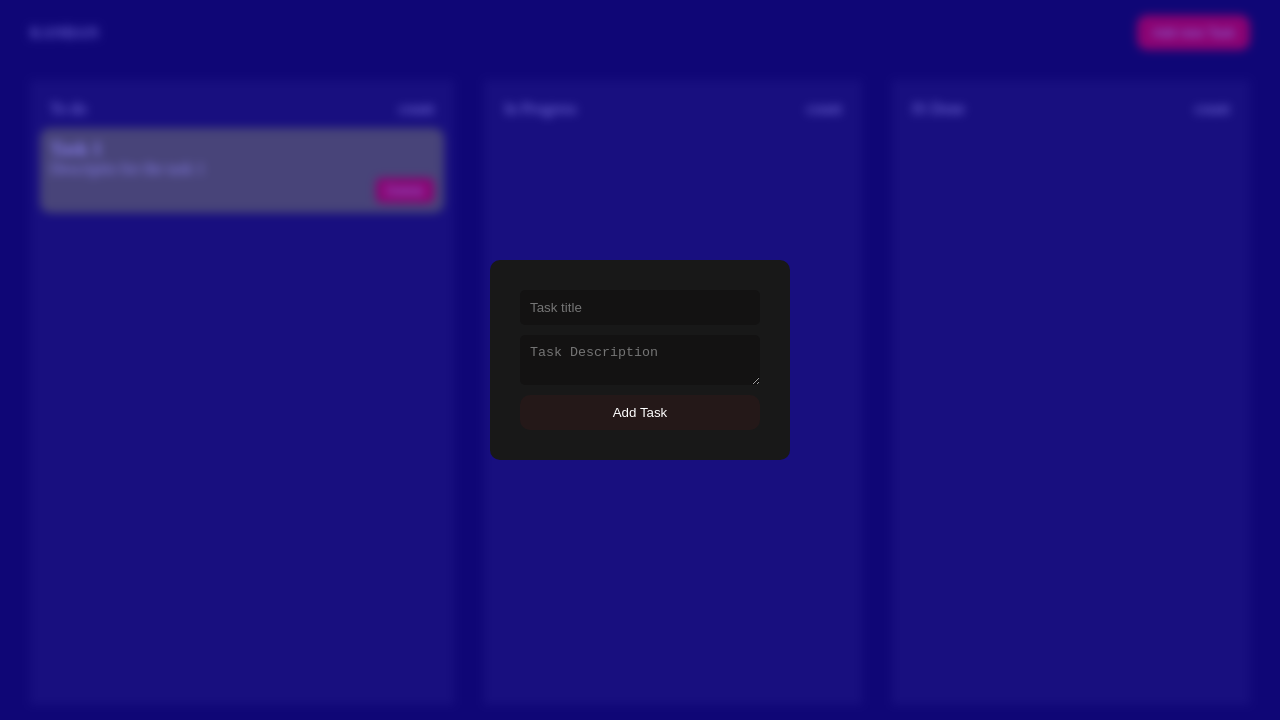
Repository: Sandeepji-5/Kanban-board
Page: index.html
The author's editor kept a copy of each file at every save. The page is drawn from the files as they stood at one save, then again after the next save.
The browser window is 1280 px wide. The pictures show the whole page.

Above is the page before, as saved 2025-12-09 15:27:29.

### index.html
<!DOCTYPE html>
<html lang="en">
<head>
    <meta charset="UTF-8">
    <meta name="viewport" content="width=device-width, initial-scale=1.0">
    <title>Document</title>
    <link rel="stylesheet" href="style.css">
</head>
<body>
    <main>
        <nav>
            <div class="left">KANBAN</div>
            <div class="right"><button id="toggle-modal">Add new Task</button></div>
        </nav>
        <section class="board">
            <div   id="todo" class="task-column">
                <div class="heading">
                    <div class="left">To do </div>
                      <div class="right">count</div>
                </div>
                <div draggable="true" class="task">
                    <h3>Task 1</h3>
                    <p>Descriptio for the task 1 </p>
                    <button>Delete</button>
                </div>
            </div>
            <div id="progress" class="task-column">
                <div class="heading">
                    <div class="left">In Progress</div>
                    <div class="right">count</div>
                </div>

            </div>
            <div  id="done"   class="task-column">
                <div class="heading">
                    <div class="left">IS Done </div>
                    <div class="right"> count</div>
                </div>

            </div>
        </section>


    </main>

    <div class="modal add-new-task">
        <div class="bg">


        <div class="center">
        <input type="text" placeholder="Task title"/>
        <textarea placeholder="Task Description"></textarea>
        <button id="add-new-task" class="add-task-btn"> Add Task</button>
        </div>
        </div>
    </div>



    <script src="kanban.js"></script>
</body>
</html>

### style.css
* {
    margin: 0;
    padding: 0;

    box-sizing: border-box;
}

html,
body {
    width: 100%;
    height: 100%;

}

:root {
    --bg-color: #0000000;
    --bg-button-color: rgb(24, 24, 24);
    --primary-text-color: #f4f4f4;
    --bg-task-color:rgb(19, 18, 18);
    --bg-delete-color:red;



    /* padding 1 rem 2 rem */
    --nav-padding: 15px 30px;
    --section-padding: 15px 30px;
    --padding-s: 5px;
    --padding-m: 10px;
    --padding-l: 15px;
    --padding-xl: 20px;
    --padding-xxl: 30px;


    /* border radius variable  */



    --border-radius-s:5px;
    --border-radius-m:10px;
    --border-radius-l:15px;
    --border-radius-xl:20px;
    --border-radius-xxl:30px;


}

body {
    background-color: rgb(7, 7, 7);
    color: white;
}
main{
    display: flex;
    height: 100%;
    width: 100%;
    flex-direction: column;


}

nav{
    padding: var(--nav-padding);
    display: flex;
    align-items: center;
    justify-content: space-between;

}
nav button{
    background-color: red;
    color: white;
    border: none;
    outline: none;
    padding: var(  --padding-m) var(  --padding-l);
    cursor: pointer;
    border-radius:var(--border-radius-m) ;

}


section{
    padding:var(--section-padding);
    /* height: 100%; */
    display: flex;
    flex-grow: 1;
    justify-content: space-between;

    gap: var(--padding-xxl);

}
section .task-column{
    padding: var(--padding-m);
    background-color: var(--bg-button-color);
    flex-grow: 1  ;
    padding: var(--padding-m)  ;
    display: flex;
    flex-direction: column;
    transition: all 0.7s cubic-bezier(0.19, 1, 0.22, 1);




}
section .task-column.hover-over {
     border: 2px dashed rgb(247, 246, 246);
    transform: scale(1.05);
}
section .task-column .heading{
    display: flex;
    justify-content: space-between ;
    padding: var(--padding-m);
}


section .task-column  .task{

    display: flex;
    flex-direction: column;
    padding: var(--padding-m);
    border-radius: var(--border-radius-m);
    /* background-color: var(--bg-task-color); */
     background-color:rgba(150, 163, 8, 0.763);


}

section .task-column .task button{
    align-self: flex-end;
    cursor: pointer;
    padding: var(--padding-s) var(--padding-m);
    border-radius: var(--border-radius-s);
    border: none;
    outline: none;
    background-color: var(--bg-delete-color);
    color: var(--primary-text-color)  ;
}

.modal{

    position: fixed;
    top: 0;
    left: 0;
    height: 100vh;
    width: 100vw;
    display: flex;
    align-items: center;
    justify-content: center;







}
.modal .bg{
    position: absolute;

    height: 100%;
    width: 100%;
    background-color: rgba(25, 7, 229, 0.5);
    display: flex;
    align-items: center;
    justify-content: center;
    backdrop-filter: blur(5px );
}

.modal .center{
    background-color: var(--bg-button-color);
    padding: var(--padding-xxl);
    border-radius: var(--border-radius-m);
    display: flex;
    flex-direction: column;
    gap: var(--padding-m);
    height: 200px;
    width: 300px;

}

.modal .center input,.modal .center textarea, .modal .center select {
    background-color: var(--bg-task-color);
    padding: var(--padding-m);
    border-radius: var(--border-radius-s);
    border: none;
    outline: none;
    color: var(--primary-text-color);

}

.modal .center button{
    background-color: rgb(36, 24, 24);
    color: white;
    border: none;
    outline: none;
    padding: var(  --padding-m) var(  --padding-l);
    cursor: pointer;
    border-radius:var(--border-radius-m) ;

}

### kanban.js
const todo = document.querySelector('#todo');
const progress = document.querySelector('#progress')
const done = document.querySelector('#done');
const tasks = document.querySelectorAll('.task');
let draggedElement = null;

tasks.forEach(task => {
    task.addEventListener("drag", () => {

        draggedElement = task;
    })
})

// progress.addEventListener('dragenter',(e)=>{
//     progress.classList.add('hover-over');
// })


// progress.addEventListener('dragleave', (e)=>{
//     progress.classList.remove('hover-over');
// })


function addDragEventsOnColumn(column) {

    column.addEventListener('dragenter', (e) => {
        e.preventDefault();
        column.classList.add('hover-over');
    });

    column.addEventListener('dragleave', (e) => {
        e.preventDefault();
        column.classList.remove('hover-over');
    })

    column.addEventListener("dragover", (e) => {
        e.preventDefault();
    })

    column.addEventListener('drop', (e) => {

        column.appendChild(draggedElement)
        console.log("draggedElement", draggedElement, column);
        column.classList.remove('hover-over')
         e.preventDefault();
    })

}

addDragEventsOnColumn(todo);
addDragEventsOnColumn(progress)
addDragEventsOnColumn(done)






// const toggleModal = document.querySelector('#toggle-modal');
// const modal = document.querySelector('.modal')
// const addTaskbtn = document.querySelector('.add-task-btn')



// toggleModal.addEventListener('click',()=>{
// modal.classList.add('active');
// })

// addTaskbtn.addEventListener('click', ()=>{
//     modal.classList.remove('active');
// })

After the next save:
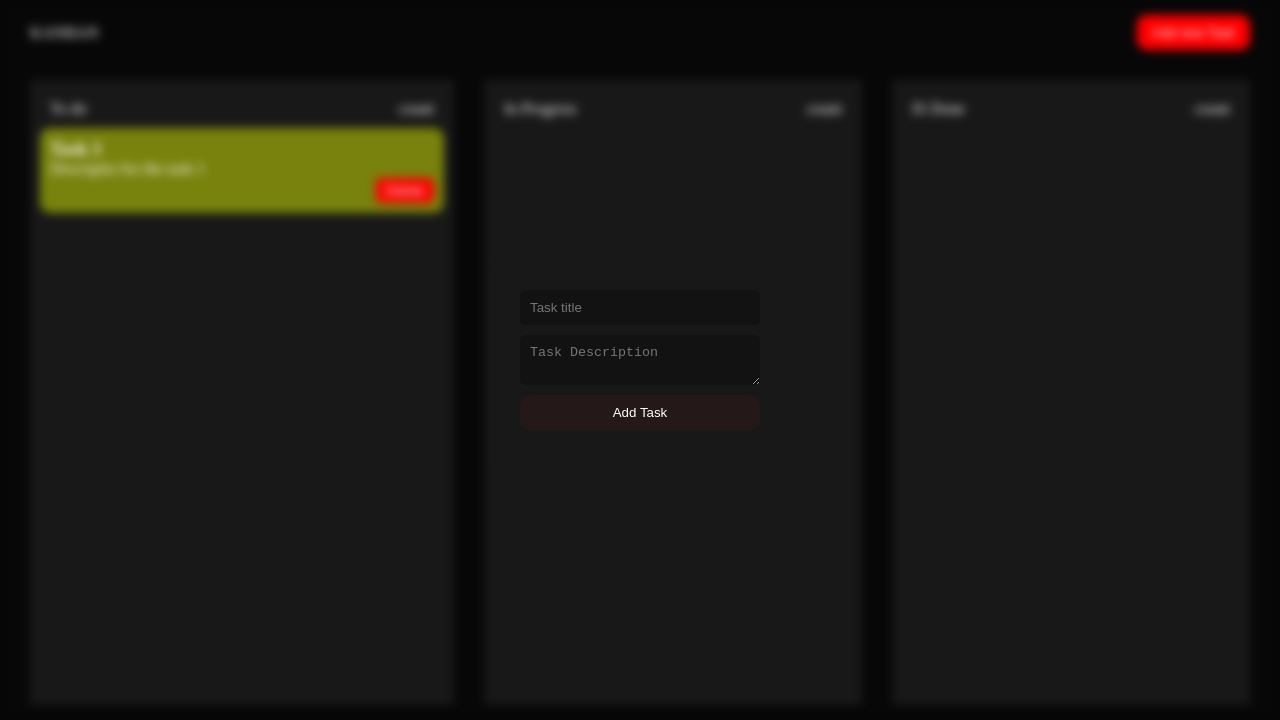
Saved 13 s later.
--- a/style.css
+++ b/style.css
@@ -156,7 +156,7 @@ section .task-column .task button{
 
     height: 100%;
     width: 100%;
-    background-color: rgba(25, 7, 229, 0.5);
+
     display: flex;
     align-items: center;
     justify-content: center;
